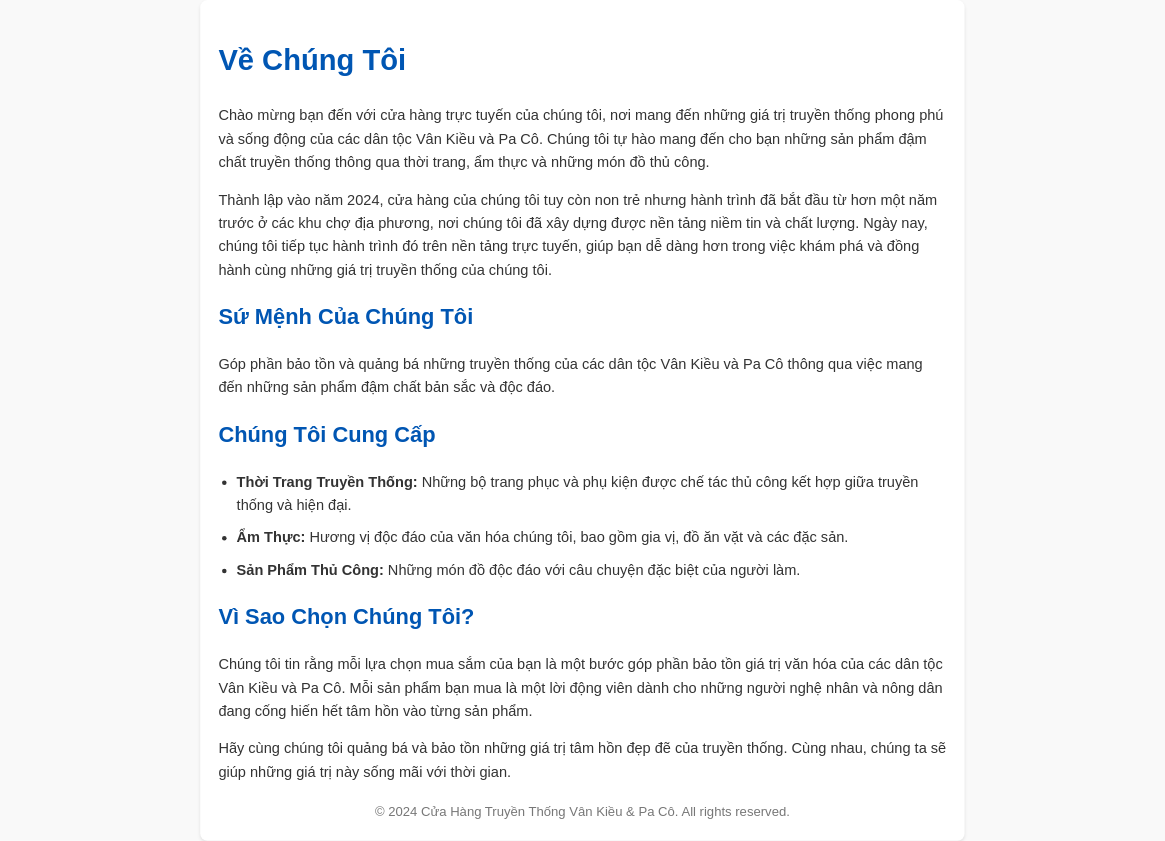
Repository: DangVai/LocalProduct
Page: http://localhost/LocalProduct/Views/frontend/aboutus.php
These files come from the project's save history. The page is drawn as it stood at one moment and after the next save; the edit follows.
The browser window is 1280 px wide. The pictures show the whole page, at 91% of full size.
The page is run by PHP 8.4 with error messages shown; the project is at /var/www/html/.

Above is the page before, as saved 2024-12-31 08:55:23.

### Views/frontend/aboutus.php
<!DOCTYPE html>
<html lang="vi">

<head>
    <meta charset="UTF-8">
    <meta name="viewport" content="width=device-width, initial-scale=1.0">
    <title>Về Chúng Tôi</title>
    <link rel="stylesheet" href="/LocalProduct/public/css/aboutus.css">
</head>

<body>
    <div class="container">

        <h1>Về Chúng Tôi</h1>
        <p>Chào mừng bạn đến với cửa hàng trực tuyến của chúng tôi, nơi mang đến những giá trị truyền thống phong phú và sống động của các dân tộc Vân Kiều và Pa Cô. Chúng tôi tự hào mang đến cho bạn những sản phẩm đậm chất truyền thống thông qua thời trang, ẩm thực và những món đồ thủ công.</p>

        <p>Thành lập vào năm 2024, cửa hàng của chúng tôi tuy còn non trẻ nhưng hành trình đã bắt đầu từ hơn một năm trước ở các khu chợ địa phương, nơi chúng tôi đã xây dựng được nền tảng niềm tin và chất lượng. Ngày nay, chúng tôi tiếp tục hành trình đó trên nền tảng trực tuyến, giúp bạn dễ dàng hơn trong việc khám phá và đồng hành cùng những giá trị truyền thống của chúng tôi.</p>

        <h2>Sứ Mệnh Của Chúng Tôi</h2>
        <p>Góp phần bảo tồn và quảng bá những truyền thống của các dân tộc Vân Kiều và Pa Cô thông qua việc mang đến những sản phẩm đậm chất bản sắc và độc đáo.</p>

        <h2>Chúng Tôi Cung Cấp</h2>
        <ul>
            <li><strong>Thời Trang Truyền Thống:</strong> Những bộ trang phục và phụ kiện được chế tác thủ công kết hợp giữa truyền thống và hiện đại.</li>
            <li><strong>Ẩm Thực:</strong> Hương vị độc đáo của văn hóa chúng tôi, bao gồm gia vị, đồ ăn vặt và các đặc sản.</li>
            <li><strong>Sản Phẩm Thủ Công:</strong> Những món đồ độc đáo với câu chuyện đặc biệt của người làm.</li>
        </ul>

        <h2>Vì Sao Chọn Chúng Tôi?</h2>
        <p>Chúng tôi tin rằng mỗi lựa chọn mua sắm của bạn là một bước góp phần bảo tồn giá trị văn hóa của các dân tộc Vân Kiều và Pa Cô. Mỗi sản phẩm bạn mua là một lời động viên dành cho những người nghệ nhân và nông dân đang cống hiến hết tâm hồn vào từng sản phẩm.</p>

        <p>Hãy cùng chúng tôi quảng bá và bảo tồn những giá trị tâm hồn đẹp đẽ của truyền thống. Cùng nhau, chúng ta sẽ giúp những giá trị này sống mãi với thời gian.</p>

        <div class="footer">&copy; 2024 Cửa Hàng Truyền Thống Vân Kiều & Pa Cô. All rights reserved.</div>
    </div>
</body>

</html>

### public/css/aboutus.css
  body {
      font-family: Arial, sans-serif;
      line-height: 1.6;
      margin: 0;
      padding: 0;
      background-color: #f9f9f9;
      color: #333;
  }

  .container {
      max-width: 800px;
      margin: 0 auto;
      padding: 20px;
      background: #fff;
      box-shadow: 0 2px 4px rgba(0, 0, 0, 0.1);
      border-radius: 8px;
  }

  h1,
  h2 {
      color: #0056b3;
  }

  ul {
      padding-left: 20px;
  }

  li {
      margin-bottom: 10px;
  }

  .footer {
      text-align: center;
      margin-top: 20px;
      font-size: 0.9em;
      color: #777;
  }

After the next save:
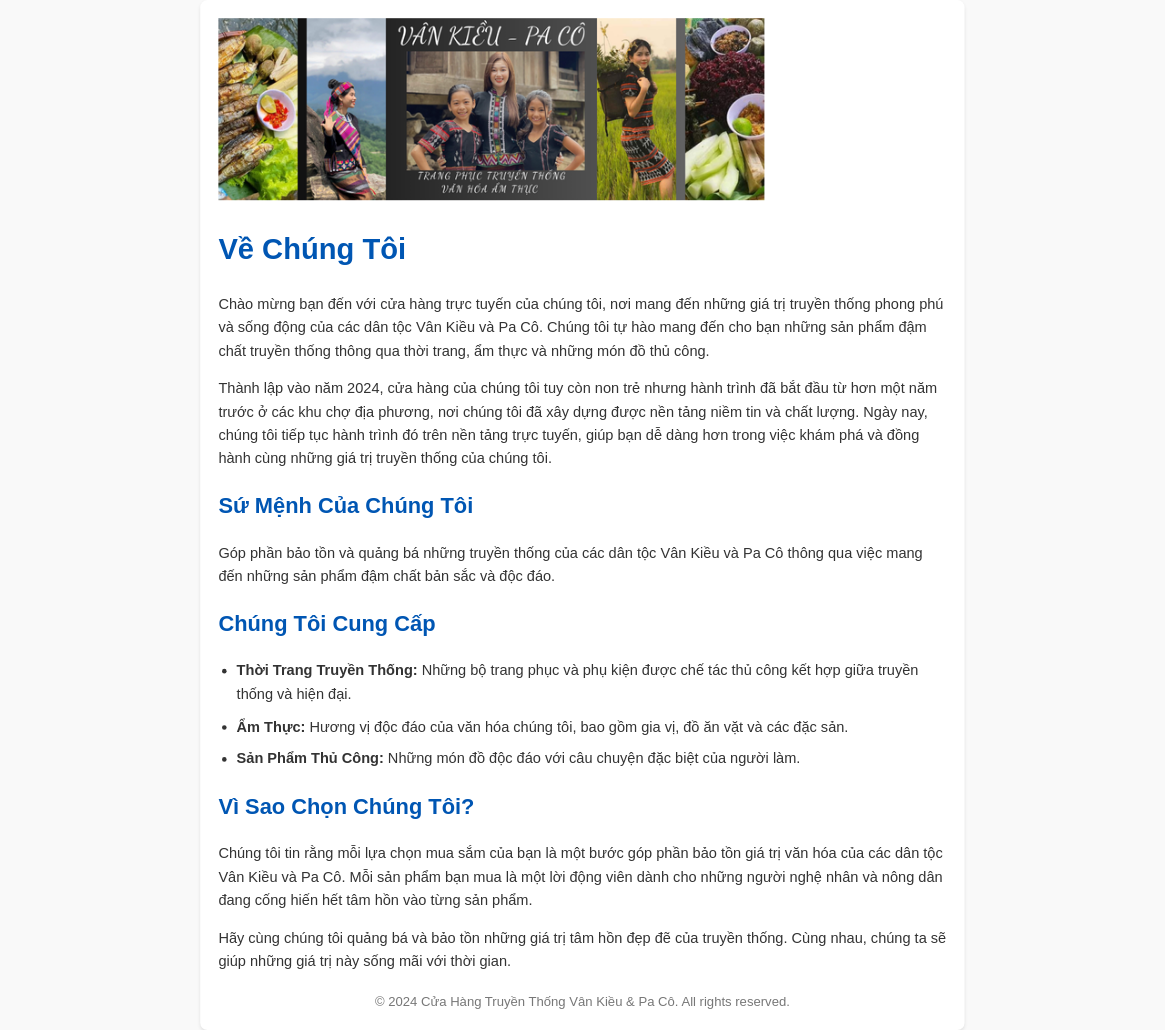
Saved 69 s later.
--- a/Views/frontend/aboutus.php
+++ b/Views/frontend/aboutus.php
@@ -10,7 +10,9 @@
 
 <body>
     <div class="container">
-
+        <div class="banner ">
+            <img src="/LocalProduct/public/images/Vân Kiều - Pa Cô.png " alt="Banner ">
+        </div>
         <h1>Về Chúng Tôi</h1>
         <p>Chào mừng bạn đến với cửa hàng trực tuyến của chúng tôi, nơi mang đến những giá trị truyền thống phong phú và sống động của các dân tộc Vân Kiều và Pa Cô. Chúng tôi tự hào mang đến cho bạn những sản phẩm đậm chất truyền thống thông qua thời trang, ẩm thực và những món đồ thủ công.</p>
 
